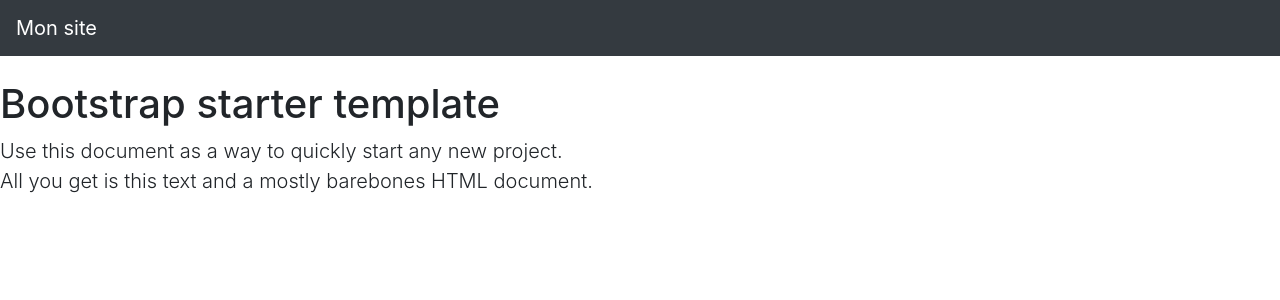
Repository: Alex-Serky/Backend_PHP
Page: http://localhost/
These files come from the project's save history. The page is drawn as it stood at one moment and after the next save; the edit follows.
The browser window is 1280 px wide. The pictures show the whole page.
The page is run by PHP 8.4 with error messages shown; the project is at /var/www/html/.

Above is the page before, as saved 2020-07-20 13:03:39.

After the next save:
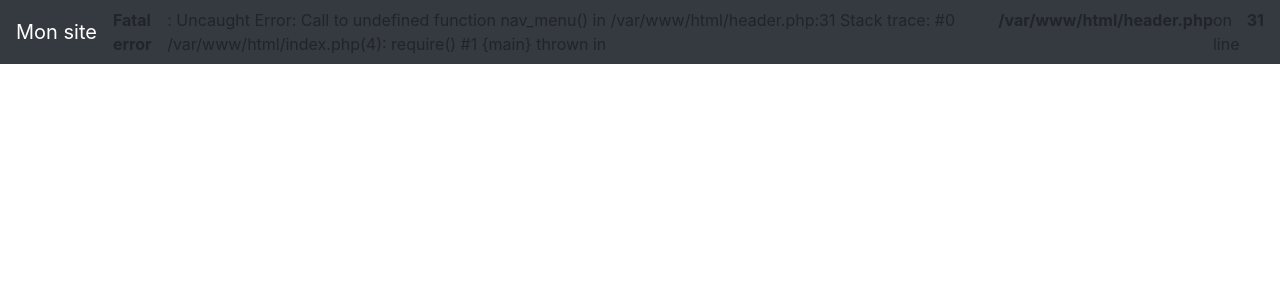
Saved 2 min 24 s later.
--- a/header.php
+++ b/header.php
@@ -28,7 +28,7 @@
 
         <div class="collapse navbar-collapse" id="navbarsExampleDefault">
             <ul class="navbar-nav mr-auto">
-
+                <?= nav_menu('nav-link'); ?>
             </ul>
         </div>
     </nav>
